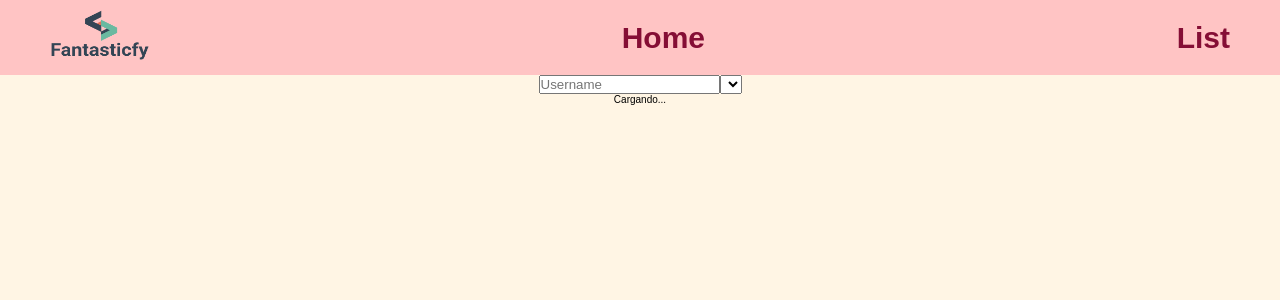
Repository: ChristianGecchelin/fullstack-react-node-fantasticfy
Page: /user-list (app in front/)
These files come from the project's save history. The page is drawn as it stood at one moment and after the next save; the edit follows.
The browser window is 1280 px wide. The pictures show the whole page.
The page's requests for data from a server got no answer. The project was rebuilt for these pictures with package versions that can differ from the ones it lists, and the page was loaded fresh each time. No one was signed in, and anything a server would have sent is missing. Also part of the build but not shown: front/src/Components/UserCard/index.css, front/src/Components/UserCard/index.jsx, front/src/Pages/UserProfile.jsx, front/src/App.css.

Above is the page before, as saved 2022-09-05 16:36:23.

After the next save:
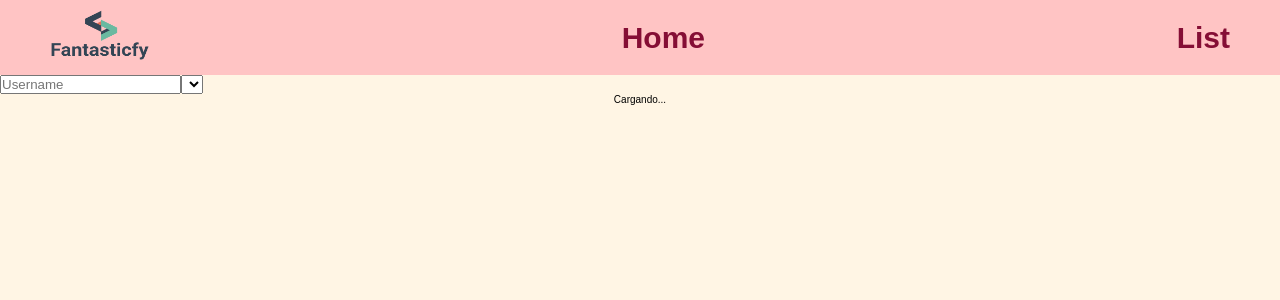
Saved 15 s later.
--- a/front/src/Pages/UserList.jsx
+++ b/front/src/Pages/UserList.jsx
@@ -67,7 +67,7 @@ export const UserList = () => {
     filterByName();
   }, [input]);
   return (
-    <section className="card-list">
+    <section className="section-page">
       <div>
         <input
           type="text"

After the save that followed:
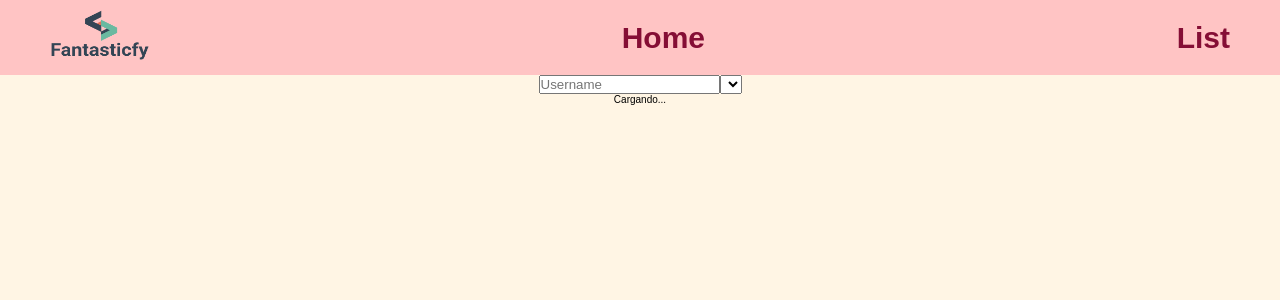
Saved 9 s later.
--- a/front/src/Pages/index.css
+++ b/front/src/Pages/index.css
@@ -1,4 +1,4 @@
-.card-list{
+.section-page{
     display: flex;
     flex-direction: column;
     flex-wrap: wrap;
